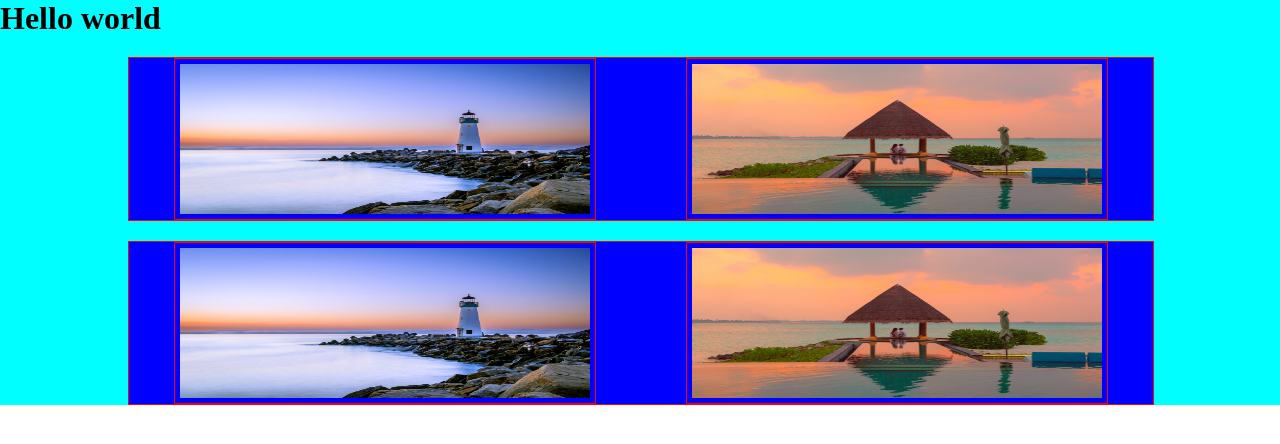
Repository: RPSKumara/DPEdudationPyhton
Page: ImageStyle/index.html
The author's editor kept a copy of each file at every save. The page is drawn from the files as they stood at one save, then again after the next save.
The browser window is 1280 px wide. The pictures show the whole page.

Above is the page before, as saved 2022-04-20 10:26:01.

### ImageStyle/index.html
<!DOCTYPE html>
<html lang="en">
	<head>
		<meta charset="UTF-8" />
		<meta http-equiv="X-UA-Compatible" content="IE=edge" />
		<meta name="viewport" content="width=device-width, initial-scale=1.0" />
		<link rel="stylesheet" href="style.css" />
		<title>Document</title>
	</head>
	<body>
		<div class="container">
			<h1>Hello world</h1>
			<div class="imageSlider">
				<img src="Images/01.jpg" alt="images" class="previewImg" srcset="" />
				<img src="Images/02.jpg" alt="images" class="previewImg" srcset="" />
			</div>
            <div class="imageSlider">
				<img src="Images/01.jpg" alt="images" class="previewImg" srcset="" />
				<img src="Images/02.jpg" alt="images" class="previewImg" srcset="" />
			</div>
		</div>
	</body>
</html>

### ImageStyle/style.css
*{
    margin: 0;
    padding: 0;
}
.container{
    width: 100%;
    background-color: aqua;
}
.imageSlider{
    min-width: 80%;
    width: 80%;
    margin: 20px 10%;
    background-color: blue;
    border: red solid 0.5px;
    display: flex;
    flex-wrap: wrap;
    justify-content: space-around;
}
.previewImg{
    width: 40%;
    border: red solid 1.5px;
    padding: 5px;
    max-height: 150px;
    min-height: 150px;
}

After the next save:
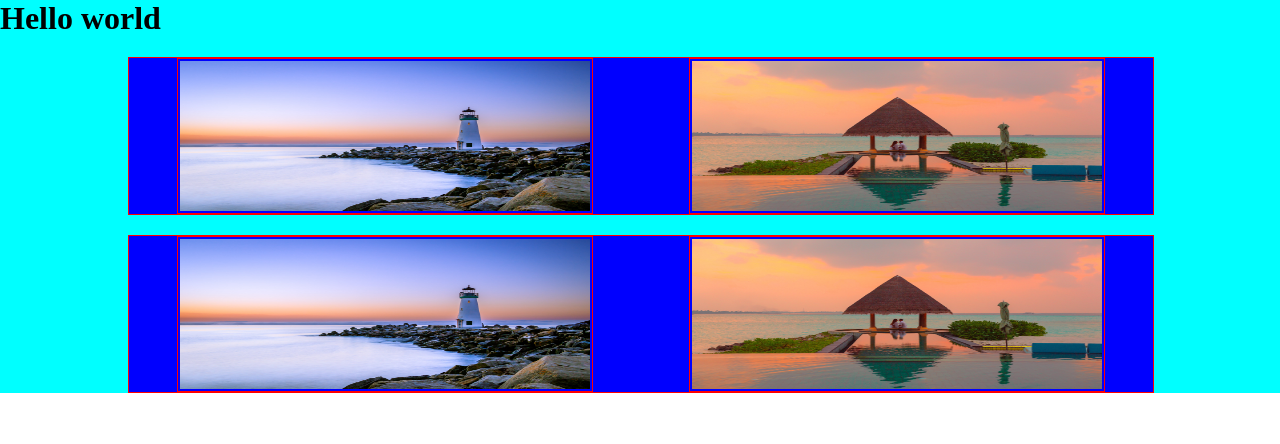
Saved 13 s later.
--- a/ImageStyle/style.css
+++ b/ImageStyle/style.css
@@ -19,7 +19,7 @@
 .previewImg{
     width: 40%;
     border: red solid 1.5px;
-    padding: 5px;
+    padding: 2px;
     max-height: 150px;
     min-height: 150px;
 }
